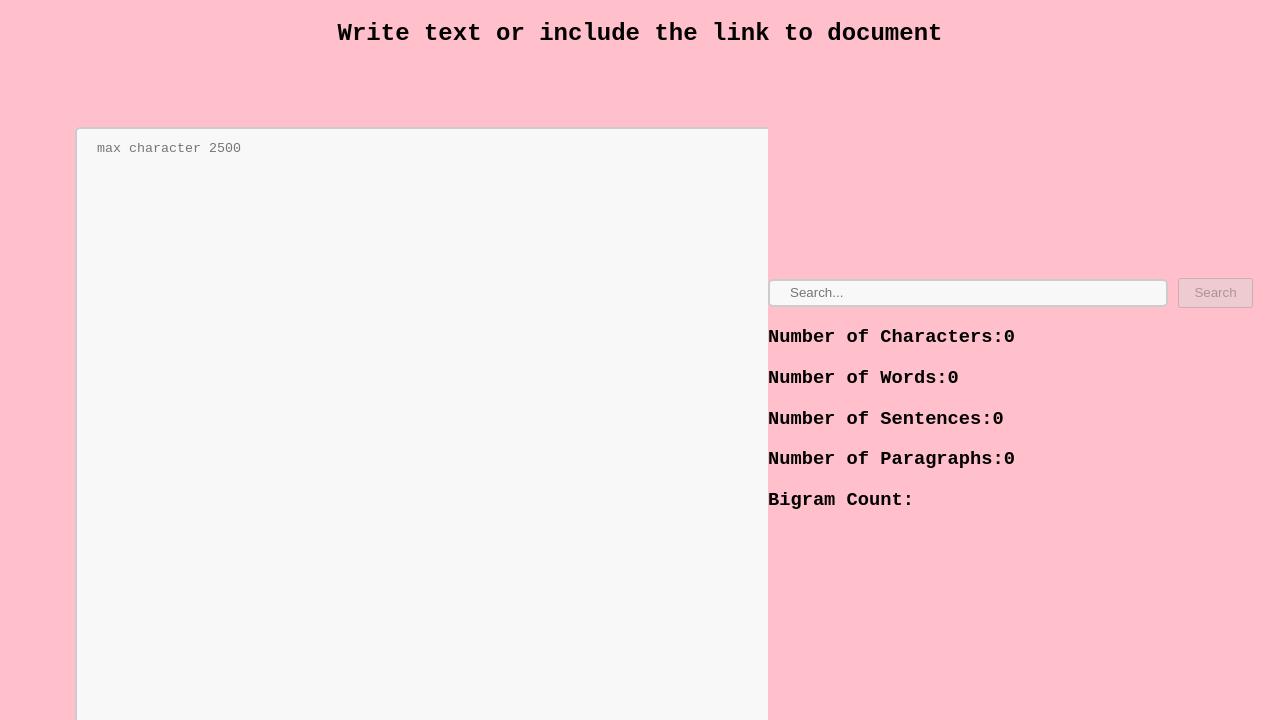
Repository: zitac234/TTPProject
Page: /
An editor plug-in stored every save of this project. The page is shown before and after the next save, followed by the edit.
The browser window is 1280 px wide. The pictures show the whole page.
The project was rebuilt for these pictures with package versions that can differ from the ones it lists, and the page was loaded fresh each time. Also part of the build but not shown: webpack.config.js.

Above is the page before, as saved 2021-06-21 05:54:14.

### public/index.html
<!DOCTYPE html>
<html lang="en">
<head>
      <meta charset="UTF-8">
      <meta http-equiv="X-UA-Compatible" content="IE=edge">
      <meta name="viewport" content="width=device-width, initial-scale=1.0">
      <script src="/bundle.js" defer></script>
      <title>Google Word Count</title>
      <link rel="stylesheet" href="/style.css" />
</head>
<body>
      <div id="app"></div>
</body>
</html>

### client/index.js
import React from 'react';
// import Form from './Form'
import CreateForm from './CreateForm'
import ReactDOM from 'react-dom';

ReactDOM.render(
  // <Form/>,
  <CreateForm/>,
  document.getElementById('app')
)

### client/CreateForm.js
import React, { useEffect, useState } from 'react'
import Form  from './Form'

export default function CreateForm (props) {
      const [text, setText] = useState('')
      const [search, setSearch] = useState('')
      let [counted, numberOfCharacter] = [0,0]
      function handleChange(evt){
            if(evt.target.name === 'text') setText(evt.target.value)
            else setSearch(evt.target.value)
      }
      function handleSubmit(evt){
            evt.preventDefault()
      }
      useEffect(()=>{
            document.getElementById('btn').addEventListener('click', ()=>{
                  let SearchArray = counts(text, ' ')[1].filter(word => word === search)
                  let searchWord = (SearchArray)? `There are ${SearchArray.length} ${search}.`:`There is no ${search}.`
                  document.getElementById('result').innerHTML = searchWord
            })
      })
      return(
            <Form
                  text={text}
                  search={search}
                  handleChange={handleChange}
                  handleSubmit={handleSubmit}
                  numberOfCharacter = {countCharacters}
                  counted = {counts}
            />
      )
}
const counts = (str,demilter)=>{
      let textSplit = str.split(demilter)
      let strArray = textSplit.filter(s => s && s.trim())
      return [strArray.length, strArray]
}
const countCharacters = (str)=>{
      let textSplit = str.split('')
      let characterArray = textSplit.filter(character => character)
      return characterArray.length
}

### client/Form.js
import React from 'react'

export default function Form(props){
      let numberOfSentence =( props.counted(props.text,   /[!\.\?]/) || 0)
      let numberOfWord = (props.counted(props.text,   ' ') || 0)
      let  numberOfParagraph= (props.counted(props.text,  /\r?\n/) || 0)
      return (
            <div>
                  <h2 id = 'paragraph'>Write text or include the link to document</h2>
                  <div className = 'split left'>
                        <div  className = 'centered'>
                              <p  id = 'line'><textarea  name= 'text'   onChange={props.handleChange} id = 'textarea'  placeholder = 'max character 2500' maxLength='2500'></textarea></p>
                        </div>
                  </div>
                  <div className = 'split right'>
                        <div className = 'centered'>
                              <form  onSubmit={props.handleSubmit} >
                                    <input  name="search"  onChange={props.handleChange} type="text" placeholder = 'Search...'/>
                                    <button  id =  'btn'  type='submit' disabled={!props.search} >Search</button>
                              </form>
                              <h3 id = 'result'></h3>
                              <h3>Number of Characters:{props.numberOfCharacter(props.text)}</h3>
                              <h3>Number of Words:{numberOfWord[0]}</h3>
                              <h3>Number of Sentences:{numberOfSentence[0]}</h3>
                               <h3>Number of Paragraphs:{numberOfParagraph[0]}</h3>
                              <h3>Bigram  Count:</h3>
                        </div>
                  </div>
            </div>
      )
}

### public/style.css
body{
      font-family: 'Courier New', Courier, monospace;
      background-color: pink;
}
.split{
      height: 100%;
      position: fixed;
      z-index: 1;
      top: 0;
      overflow-x: hidden;
      overflow-y: hidden
}
#line{
      border-right: 2px solid black;
      padding: 75px;
}
.left{
      left:0;
      width: 60%;
}
.right{
      right:0%;
      width: 40%;
}
.centered {
      position: absolute;
      top: 5%;
}
textarea {
      width: 700px;
      height: 650px;
      left: 5%;
}
input{
      margin-top: 50%;
      width: 400px;
      height:25px;
}
input, textarea{
      padding: 12px 20px;
      box-sizing: border-box;
      border: 2px solid #ccc;
      border-radius: 5px;
      background-color: #f8f8f8;
      resize: none;
}
button{
      width:75px;
      height: 30px;
      margin-left: 10px;
}
#paragraph{
      text-align: center;
}

After the next save:
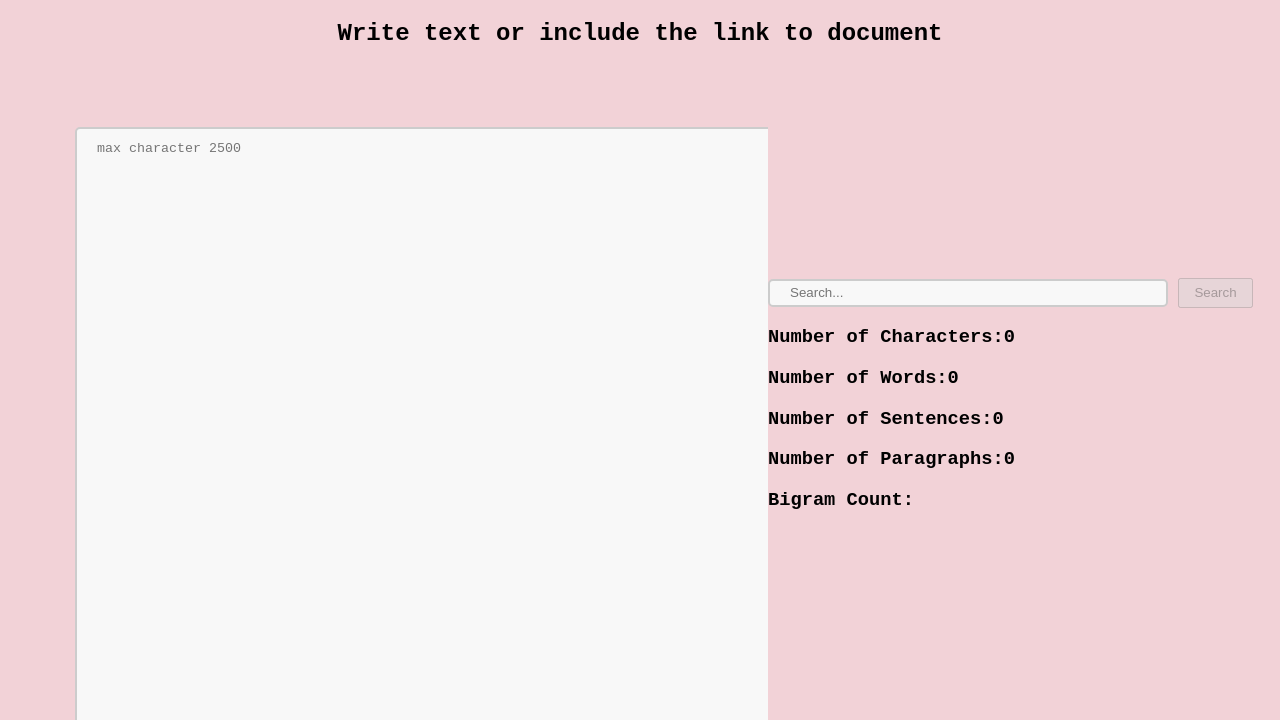
Saved 13 s later.
--- a/public/style.css
+++ b/public/style.css
@@ -1,6 +1,6 @@
 body{
       font-family: 'Courier New', Courier, monospace;
-      background-color: pink;
+      background-color: rgb(242, 210, 215);
 }
 .split{
       height: 100%;
